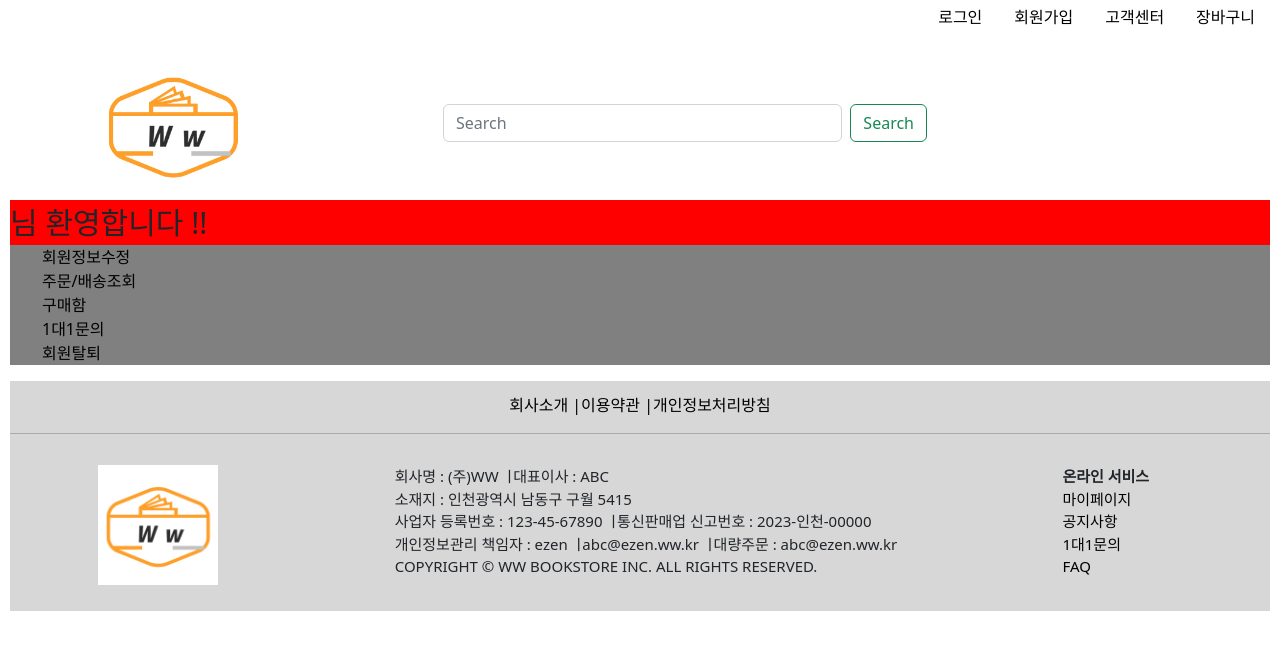
Repository: leehyeonung/project6
Page: http://localhost/book/WEB-INF/views/member/mypage.jsp
An editor plug-in stored every save of this project. The page is shown before and after the next save, followed by the edit.
The browser window is 1280 px wide. The pictures show the whole page.
The page is served by Tomcat 9. Nobody is signed in. The template is opened directly, without the code that normally fills it, so the values that code supplies are empty.

Above is the page before, as saved 2023-01-06 02:41:40.

After the next save:
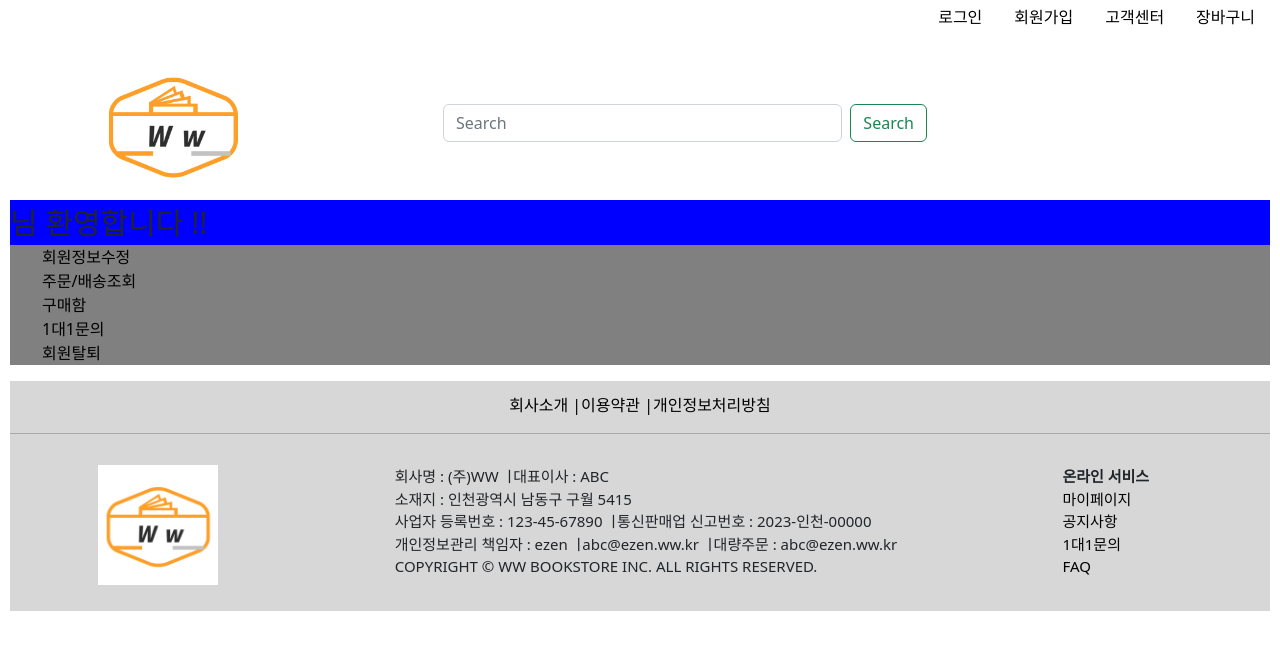
Saved 10 s later.
--- a/book/src/main/webapp/resources/css/mypage.css
+++ b/book/src/main/webapp/resources/css/mypage.css
@@ -15,7 +15,7 @@
     font-size: 30px;
 }
 .information{
-	background-color : red;
+	background-color : blue;
 }
 select>ul>li{
     display: inline-block;

After the save that followed:
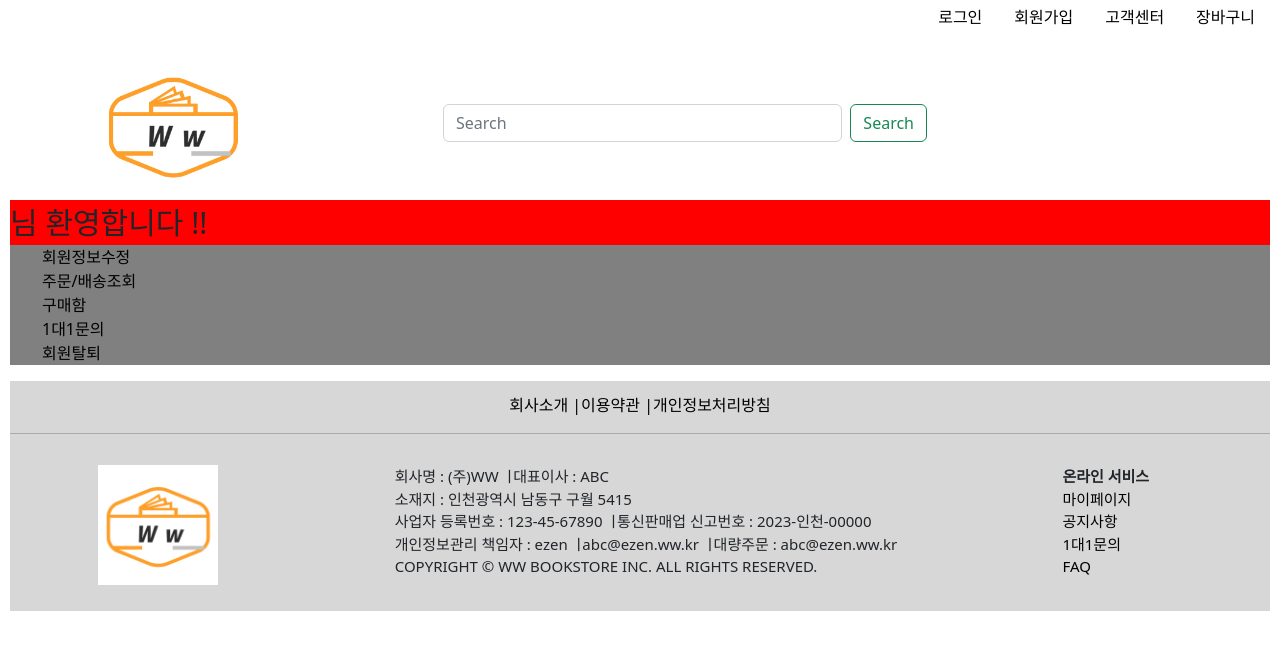
Saved 27 s later.
--- a/book/src/main/webapp/resources/css/mypage.css
+++ b/book/src/main/webapp/resources/css/mypage.css
@@ -15,7 +15,7 @@
     font-size: 30px;
 }
 .information{
-	background-color : blue;
+	background-color : red;
 }
 select>ul>li{
     display: inline-block;
